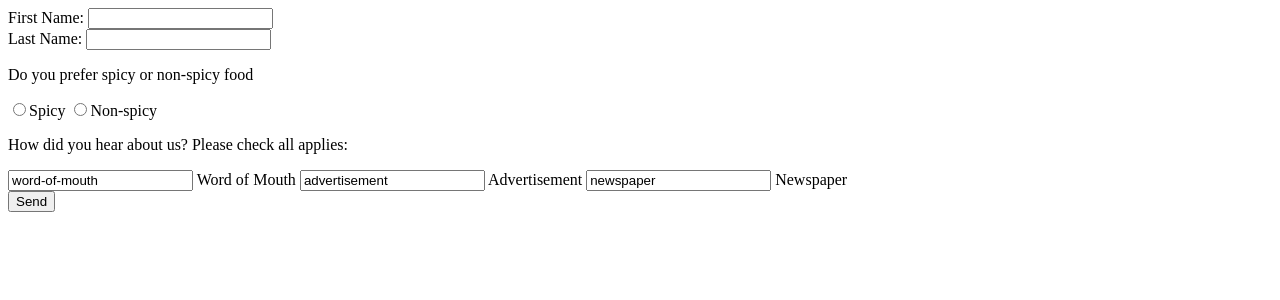
Repository: kunxin-chor/python-flask-form-processing
Page: templates/survey.template.html
The author's editor kept a record of every edit. The page is drawn from the files as they stood at one moment, then again after the next edit.
The browser window is 1280 px wide. The pictures show the whole page.
The page is served by the project's application, run on Flask 3 (run.py). The template is opened directly, without the code that normally fills it, so the values that code supplies are empty.

Above is the page before.

After the next edit:
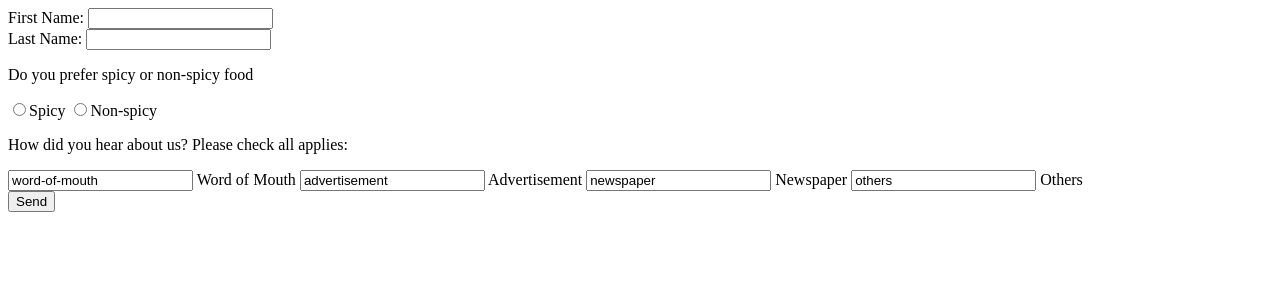
The edit:
--- a/templates/survey.template.html
+++ b/templates/survey.template.html
@@ -28,8 +28,13 @@
 
             <input type='check' name='heard-about' value='advertisement'>
             <label>Advertisement</label>
+
             <input type='check' name='heard-about' value='newspaper'>
             <label>Newspaper</label>
+
+            <input type='check' name='heard-about' value='others'>
+            <label>Others</label>
+
         </div>
         <input type='submit' value='Send'/>
     </form>
